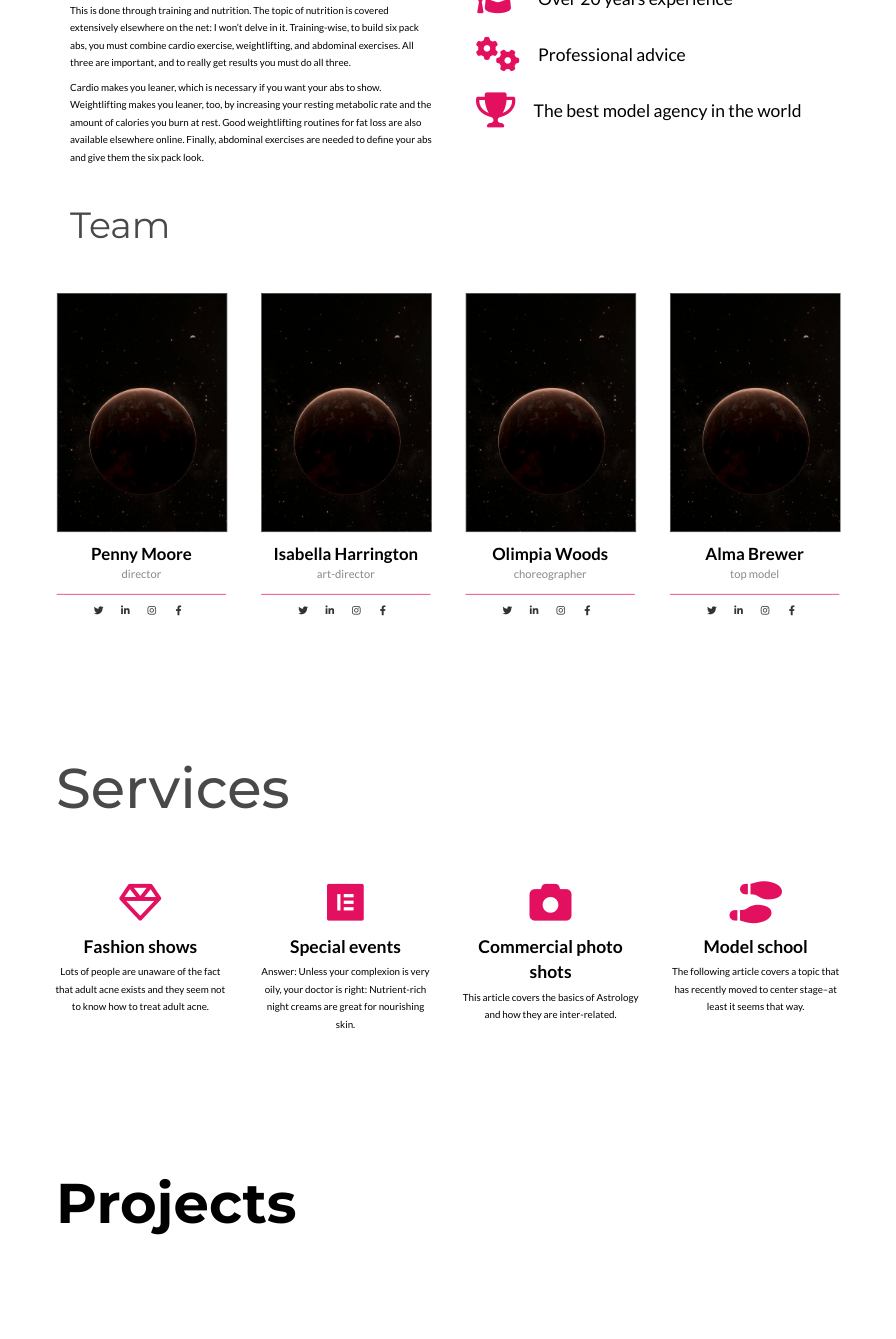
Repository: soniaarefin/cosmo
Page: index.html
These files come from the project's save history. The page is drawn as it stood at one moment and after the next save; the edit follows.
The browser window is 1280 px wide. The pictures show the part of the page from y = 1009 to 2929 px (the page is 2922 px tall before and 2929 px after), at 70% of full size.

Above is the page before, as saved 2021-11-09 22:02:55.

### index.html
<!DOCTYPE html>
<html lang="en">
<head>
    <meta charset="UTF-8">
    <meta http-equiv="X-UA-Compatible" content="IE=edge">
    <meta name="description" content="&amp;lt;p&amp;gt;&amp;lt;strong&amp;gt;Cosmo&amp;lt;/strong&amp;gt; — is a clean, modern template that is suitable for &amp;l...">
    <meta name="keywords" content="HTML, CSS, JavaScript">
    <meta name="robots" content="noindex, nofollow" />
    <meta name="author" content="Sonia Arefin" >
    <meta name="viewport" content="width=device-width, initial-scale=1.0">
    <!-- <meta http-equiv="refresh" content="30" url="http://www.google.com"> -->
    <meta http-equiv = "cookie" content = "userid = xyz; expires = Wednesday, 20-Oct-21 23:59:59 GMT;" />
    <meta http-equiv = "Content-Type" content = "text/html; charset = UTF-8" />
    <!-- Title -->
    <title>Cosmo</title>
    <!-- CSS Links-->

    <!-- Fontawesome Links -->
    <link rel="stylesheet" href="https://cdnjs.cloudflare.com/ajax/libs/font-awesome/6.0.0-beta2/css/all.min.css">
    <!-- Google Fonts -->
    <link rel="preconnect" href="https://fonts.googleapis.com">
    <link rel="preconnect" href="https://fonts.gstatic.com" crossorigin>
    <link href="https://fonts.googleapis.com/css2?family=Lato:ital,wght@0,100;0,300;0,400;0,700;0,900;1,100;1,300&family=Montserrat:ital,wght@0,100;0,200;0,300;0,400;0,500;0,700;0,800;0,900;1,100;1,200;1,300;1,400&display=swap" rel="stylesheet">
    <!-- Custom CSS-->
    <link rel="stylesheet" href="assets/css/base.css">
    <link rel="stylesheet" href="assets/css/style.css">
    <link rel="stylesheet" href="assets/css/custom.css">
    <link rel="stylesheet" href="assets/css/responsive.css">
</head>
<body>
    <!-- Page Header Starts -->
    <header class="header">
        <div class="container">
            <nav class="nav-bar">
                <div class="wrapper-logo">
                    <a class="logo" href="index.html">
                        <span class="logo__heading">Cosmo</span><span class="logo__subheading">Model Agency</span>
                    </a>
                </div>
                <div class="wrapper-menu">
                    <ul class="menu-bar"><a class="menu-responsive-button" href="#"></a>
                        <li class="dropdown"><a class="dropbtn" href="#">Home</a>
                            <!-- <div class="dropdown-content">
                                <a href="#">Home Link 1</a>
                                <a href="#">Home Link 2</a>
                                <a href="#">Home Link 3</a>
                            </div> -->
                        </li>
                        <li class="dropdown"><a class="dropbtn" href="#">Projects</a>
                            <div class="dropdown-content">
                                <a href="#">Projects Link 1</a>
                                <a href="#">Projects Link 2</a>
                                <a href="#">Projects Link 3</a>
                            </div>
                        </li>
                        <li class="dropdown"><a class="dropbtn" href="casting.html">Casting</a>
                        </li>
                        <li class="dropdown"><a class="dropbtn" href="models.html">Models</a>
                        </li>
                        <li class="dropdown"><a class="dropbtn" href="blog.html">Blog</a>
                        </li>
                    </ul>
                </div>
            </nav>
        </div>
    </header>
    <!-- Page Header Ends -->
    <!-- Page Main Starts -->
    <main class="page-main">
        <!-- Section Intro Starts -->
        <section class="page-section page-section_intro intro-img">
            <div class="container">
                <div class="row">
                    <div class="col-25"></div>
                    <div class="col-50 section-intro" >
                        <header class="page-section_intro_header">
                            <span class="section-intro_span">MODEL AGENCY</span>
                            <hr class="divider">
                            <h1 class="page-section_intro_header_h1">Cosmo</h1>
                        </header>
                        <p class="section-intro_txt">Most people feel they have some basic flaws with their appearance, and the truth is that the stars are no exception.</p>
                        <div class="page-section_intro__btn">
                            <a class="page-section_intro__btn_btn button" href="#">Learn more</a>
                        </div>
                    </div>
                    <div class="col-25"></div>
                </div>
            </div>
        </section>
        <!-- Section Intro Ends -->
        <!-- Section About Starts -->
        <section class="page-section page-section-about">
            <div class="container">
                <div class="row">
                    <div class="col-100 section-about">
                        <h1 class="section-h1">About</h1>
                    </div>
                </div>
                <div class="row">
                    <div class="col-50 section-about_paragraph">
                        <p>The point of this article is to help you grasp the big picture of getting six pack abs. In short, to get six pack abs, you need to get leaner and develop your abs’ musculature. This is done through training and nutrition. The topic of nutrition is covered extensively elsewhere on the net: I won’t delve in it. Training-wise, to build six pack abs, you must combine cardio exercise, weightlifting, and abdominal exercises. All three are important, and to really get results you must do all three.</p>
                        <p>Cardio makes you leaner, which is necessary if you want your abs to show.  Weightlifting makes you leaner, too, by increasing your resting metabolic rate and the amount of calories you burn at rest. Good weightlifting routines for fat loss are also available elsewhere online. Finally, abdominal exercises are needed to define your abs and give them the six pack look.</p>
                    </div>
                    <div class="col-50 section-about_list_item">
                        <ul class="section-about_list">
                            <li class="about_list"><i class="fas fa-graduation-cap about-icon"></i><span class="about-list_span">Over 20 years experience</span></li>
                            <li class="about_list"><i class="fas fa-cogs about-icon"></i><span class="about-list_span">Professional advice</span></li>
                            <li class="about_list"><i class="fas fa-trophy about-icon"></i><span class="about-list_span">The best model agency in the world</span></li>
                        </ul>
                    </div>
                </div>
                <div class="col-100 mt-50 ">
                    <h3 class="h3">Team</h3>
                </div>
                <div class="mb-90">
                    <!-- <div class="col-25 team-member-wrapper">
                        <img class="team-member img-responsive" src="assets/images/abstract-g.png" alt="cosmo">
                    </div> -->
                    <div class="team-grid_container team-member-wrapper">
                        <!-- Team Member 1 -->
                        <div class="team-member1">
                            <img class="grid-item img-responsive team-member" src="assets/images/galaxy-n.jpg" alt="cosmo"><span class="team-member_name">Penny Moore</span><span class="team-member_designation">director</span>
                            <hr class="divider">
                            <ul class="team-social_icons">
                                <li class="social-icon"><a class="icon-twitter link-social-icon" href="#"><i class="fab fa-twitter"></i></a></li>
                                <li class="social-icon"><a class="icon_linkedin link-social-icon" href="#"><i class="fab fa-linkedin-in"></i></a></li>
                                <li class="social-icon"><a class="icon_instagram link-social-icon" href="#"><i class="fab fa-instagram"></i></a></li>
                                <li class="social-icon"><a class="icon_facebook link-social-icon" href="#"><i class="fab fa-facebook-f"></i></a></li>
                            </ul>
                        </div>
                        <!-- Team Member 1 -->
                        <!-- Team Member 2 -->
                        <div class="team-member2">
                            <img class="grid-item img-responsive team-member" src="assets/images/galaxy-n.jpg" alt="cosmo"><span class="team-member_name">Isabella Harrington</span><span class="team-member_designation">art-director</span>
                            <hr class="divider">
                            <ul class="team-social_icons">
                                <li class="social-icon"><a class="icon-twitter link-social-icon" href="#"><i class="fab fa-twitter"></i></a></li>
                                <li class="social-icon"><a class="icon_linkedin link-social-icon" href="#"><i class="fab fa-linkedin-in"></i></a></li>
                                <li class="social-icon"><a class="icon_instagram link-social-icon" href="#"><i class="fab fa-instagram"></i></a></li>
                                <li class="social-icon"><a class="icon_facebook link-social-icon" href="#"><i class="fab fa-facebook-f"></i></a></li>
                            </ul>
                        </div>
                        <!-- Team Member 2 -->
                        <!-- Team Member 3 -->
                        <div class="team-member3">
                            <img class="grid-item img-responsive team-member" src="assets/images/galaxy-n.jpg" alt="cosmo"><span class="team-member_name">Olimpia Woods</span><span class="team-member_designation">choreographer</span>
                            <hr class="divider">
                            <ul class="team-social_icons">
                                <li class="social-icon"><a class="icon-twitter link-social-icon" href="#"><i class="fab fa-twitter"></i></a></li>
                                <li class="social-icon"><a class="icon_linkedin link-social-icon" href="#"><i class="fab fa-linkedin-in"></i></a></li>
                                <li class="social-icon"><a class="icon_instagram link-social-icon" href="#"><i class="fab fa-instagram"></i></a></li>
                                <li class="social-icon"><a class="icon_facebook link-social-icon" href="#"><i class="fab fa-facebook-f"></i></a></li>
                            </ul>
                        </div>
                        <!-- Team Member 3 -->
                        <!-- Team Member 4 -->
                        <div class="team-member4">
                            <img class="grid-item img-responsive team-member" src="assets/images/galaxy-n.jpg" alt="cosmo"><span class="team-member_name">Alma Brewer</span><span class="team-member_designation">top model</span>
                            <hr class="divider">
                            <ul class="team-social_icons">
                                <li class="social-icon"><a class="icon-twitter link-social-icon" href="#"><i class="fab fa-twitter"></i></a></li>
                                <li class="social-icon"><a class="icon_linkedin link-social-icon" href="#"><i class="fab fa-linkedin-in"></i></a></li>
                                <li class="social-icon"><a class="icon_instagram link-social-icon" href="#"><i class="fab fa-instagram"></i></a></li>
                                <li class="social-icon"><a class="icon_facebook link-social-icon" href="#"><i class="fab fa-facebook-f"></i></a></li>
                            </ul>
                        </div>
                        <!-- Team Member 4 -->
                    </div>
                </div>
            </div>
        </section>
        <!-- Section About Ends -->
        <!-- Section Services Starts -->
        <section class="page-section">
            <div class="container">
                <div class="section-services">
                    <h1 class="section-h1">Services</h1>
                </div>
                <div class="services-grid_container">
                    <div class="services-grid_item">
                        <i class="services-icon fa-regular fa-gem"></i>
                        <span class="services-span">Fashion shows</span>
                        <p class="service-paragraph">Lots of people are unaware of the fact that adult acne exists and they seem not to know how to treat adult acne.</p>
                    </div>
                    <div class="services-grid_item">
                        <i class="services-icon fab fa-elementor"></i>
                        <span class="services-span">Special events</span>
                        <p class="service-paragraph">Answer: Unless your complexion is very oily, your doctor is right: Nutrient-rich night creams are great for nourishing skin.</p>
                    </div>
                    <div class="services-grid_item">
                        <i class="services-icon fas fa-camera"></i>
                        <span class="services-span">Commercial photo shots</span>
                        <p class="service-paragraph">This article covers the basics of Astrology and how they are inter-related.</p>
                    </div>
                    <div class="services-grid_item">
                        <i class="services-icon fa-solid fa-shoe-prints"></i>
                        <span class="services-span">Model school</span>
                        <p class="service-paragraph">The following article covers a topic that has recently moved to center stage–at least it seems that way.</p>
                    </div>
                </div>
            </div>
        </section>
        <!-- Section Services Ends -->
        <!-- Section Projects Starts -->
        <section class="page-section page-section-projects">
            <div class="container">
                <div class="projects_h1">
                    <h1 class="h2">Projects</h1>
                </div>
            </div>
        </section>
        <!-- Section Projects Ends -->
    </main>
    <!-- Page Main Ends -->
    <!-- Page Footer Starts -->
    <!-- Page Footer Starts -->
    <!-- JS links -->
    <!-- JS links -->
    <!-- Custom JS -->
    <!-- Custom JS -->
</body>
</html>

### assets/css/base.css

/* Body and general styles */
* {
    margin: 0;
    padding: 0;
    /* box-sizing: border-box; */
}
html {
    font-size: 14px;
}
body {
    position: relative;
    width: 100%;
    color: rgb(0, 0, 0);
    background-color: rgb(255, 255, 255));
    font-family: 'Lato', sans-serif;
    font-size: 100%;
    font-weight: 400;
    margin: 0;
    padding: 0;
}
h1,h2,h3,h4,h5,h6 {
    font-family: 'Montserrat', sans-serif;
    font-weight: 700;
}
p {
    line-height: 25px;
    margin-top: 0;
    margin-bottom: 10px;
}
a {
    text-decoration: none;
    background-color: transparent;
    cursor: pointer;
    transition: all 0.4s ease-in-out;
}
ul {
    list-style-type: none;
    margin: 0;
    padding: 0;
    overflow: hidden;
}
li {
    float: left;
}
hr {
    border: 0;
    height: 0;
    box-sizing: content-box;
}
img {
    vertical-align: middle;
}

### assets/css/custom.css
.container {
    width: 1120px;
    margin-right: auto;
    margin-left: auto;
    padding-left: 20px;
    padding-right: 20px;
}
.img-responsive {
    display: block;
    width: 100%;
    height: auto;
}
a:hover {
    text-decoration: none;
    color: #e30f5f;
}
a:focus, a:active {
    outline: none;
    text-decoration: none;
    color: #e30f5f;
}
.button:focus, .button:active {
    outline: none;
}
.button {
    position: relative;
    display: inline-block;
    padding: 12px 86px;
    -webkit-border-radius: 10px;
    color: #e30f5f;
    border-radius: 10px;
    font-size: 18px;
    border: 1px solid #e30f5f;
    overflow: hidden;
    transition: all 0.4s ease-in-out;
}
.button:hover {
    border-color: #331a24;
    background-color: #331a24;
    color: #fff;
}
.mt-50 {
    margin-top: 50px;
}
.mb-60 {
    margin-bottom: 60px;
}
.mb-90 {
    margin-bottom: 90px;;
}
.col-100 {
    position: relative;
    min-height: 1px;
    padding-left: 20px;
    padding-right: 20px;
    float: left;
    width: 100%;
    height: auto;
}
.col-20 {
    float: left;
    width: 20%;
    height: auto;
}
.col-25 {
    float: left;
    width: 25%;
    height: auto;
}
.col-33 {
    float: left;
    width: 33.33%;
    /*padding: 10px; */
    height: auto;
}
.col-34 {
    float: left;
    width: 34%;
    height: auto;
}
.col-50 {
    position: relative;
    min-height: 1px;
    padding-left: 20px;
    padding-right: 20px;
    float: left;
    width: 50%;
    height: auto;
}
.col-60 {
    float: left;
    width: 60%;
    height: auto;
}
.col-66 {
    float: left;
    width: 66%;
    height: auto;
}
/* .row:after {
    content: "";
    display: table;
    clear: both;
} */
.row {
    display: flex;
}
.divider {
    margin-top: 10px;
    margin-bottom: 10px;
    border-top: 1px solid #e30f5f;
}
.h3 {
    color: #494949;
    font-size: 52px;
    font-weight: 400;
    font-family: 'Montserrat', sans-serif;;
    line-height: 1;
    margin-bottom: 60px;
}
.h2 {
    font-size: 5.71429rem;
    line-height: 6.42857rem;
    margin-top: 0;
    margin-bottom: 60px;
    font-family: 'Montserrat', sans-serif;
    font-weight: 700;
}
.grid-container {
    display: grid;
    grid-column-gap: 40px;
    grid-template-columns: auto auto auto auto;
    /* background-color: #2196F3; */
    padding: 10px;
    justify-content: center;
}
.grid-item {
    background-color: rgba(255, 255, 255, 0.8);
    border: 1px solid rgba(0, 0, 0, 0.8);
    /* padding: 20px; */
    font-size: 30px;
    text-align: center;
}
/* .[class^="icon-"]:before, [class*=" icon-"]:before {
    font-family: "freepik";
    font-style: normal;
    font-weight: normal;
    speak: none;
    display: inline-block;
    text-decoration: inherit;
    width: 1em;
    margin-right: .2em;
    text-align: center;
    /* opacity: .8; */
    /* font-variant: normal;
    text-transform: none;
    line-height: 1em;
    margin-left: .2em; */
    /* font-size: 120%; */
    /* -webkit-font-smoothing: antialiased; */
    /* -moz-osx-font-smoothing: grayscale; */
    /* text-shadow: 1px 1px 1px rgba(127, 127, 127, 0.3); */
} */

### assets/css/responsive.css
/* Custom, iPhone Retina */
@media only screen and (max-width: 320px) {
  /**/
}

/*==========  Mobile First Method  ==========*/
/* Custom, iPhone Retina */
@media only screen and (min-width: 320px) {
  /**/
}

/* Extra Small Devices, Phones */
@media only screen and (min-width: 480px) {
  /**/
}

/* Small Devices, Tablets */
@media only screen and (min-width: 768px) {
  /**/
}

/* Medium Devices, Desktops */
@media only screen and (min-width: 992px) {
  /**/
      /* .col-25 {
          width: 25%;
          float: left;
      } */
}

/* Large Devices, Wide Screens */
@media only screen and (min-width: 1200px) {
  /**/
}

Loaded but not shown: assets/css/style.css (422 lines, source omitted)

After the next save:
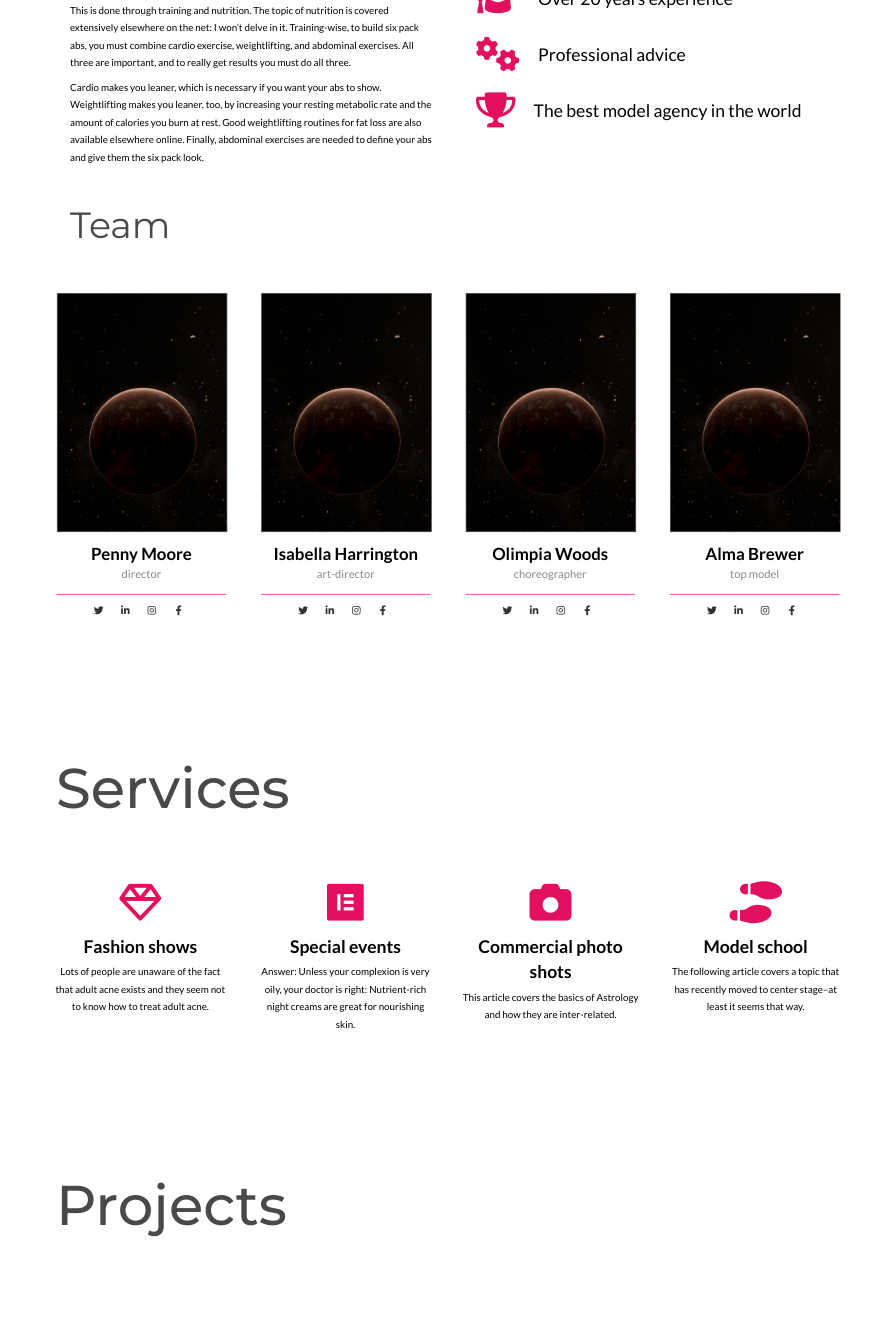
Saved 54 s later.
--- a/index.html
+++ b/index.html
@@ -205,7 +205,7 @@
         <section class="page-section page-section-projects">
             <div class="container">
                 <div class="projects_h1">
-                    <h1 class="h2">Projects</h1>
+                    <h1 class="section-h1">Projects</h1>
                 </div>
             </div>
         </section>
